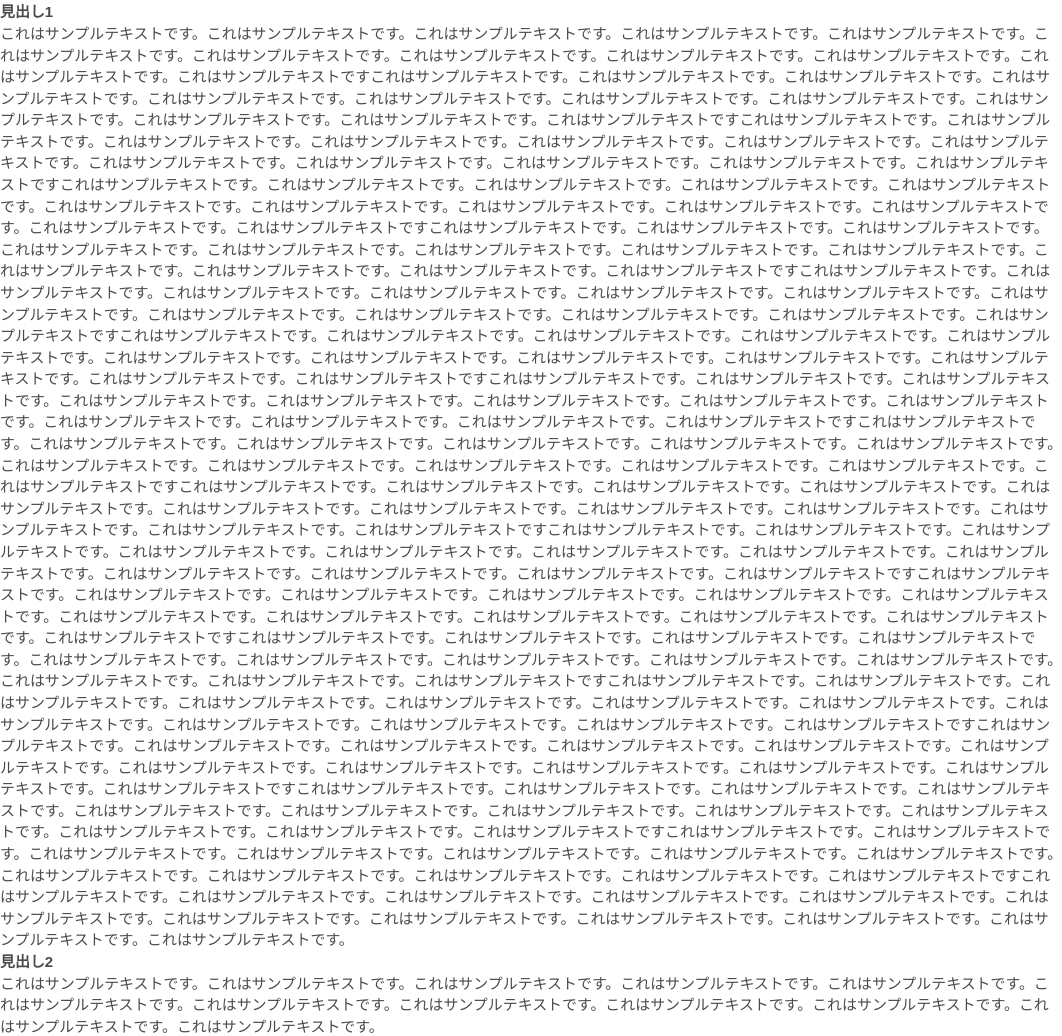
Repository: Kame0012/git_nekotter
Page: techcamp_htmlcss/html_css_question1/h_c_q_2.html
The author's editor kept a record of every edit. The page is drawn from the files as they stood at one moment, then again after the next edit.
The browser window is 1280 px wide. The pictures show the whole page, at 83% of full size.

Above is the page before.

### techcamp_htmlcss/html_css_question1/h_c_q_2.html
<!DOCTYPE html>
<html>
  <head>
    <meta charset="UTF-8" />
    <link rel="stylesheet" type="text/css" href="style2.css">
    <title>html_question</title>
  </head>
  <body>
    <header class="wrapper">
    </header>
    <div class="contents">
      <div class="top-content">
        <h2>見出し1</h2>
        <p>
          これはサンプルテキストです。これはサンプルテキストです。これはサンプルテキストです。これはサンプルテキストです。これはサンプルテキストです。これはサンプルテキストです。これはサンプルテキストです。これはサンプルテキストです。これはサンプルテキストです。これはサンプルテキストです。これはサンプルテキストです。これはサンプルテキストですこれはサンプルテキストです。これはサンプルテキストです。これはサンプルテキストです。これはサンプルテキストです。これはサンプルテキストです。これはサンプルテキストです。これはサンプルテキストです。これはサンプルテキストです。これはサンプルテキストです。これはサンプルテキストです。これはサンプルテキストです。これはサンプルテキストですこれはサンプルテキストです。これはサンプルテキストです。これはサンプルテキストです。これはサンプルテキストです。これはサンプルテキストです。これはサンプルテキストです。これはサンプルテキストです。これはサンプルテキストです。これはサンプルテキストです。これはサンプルテキストです。これはサンプルテキストです。これはサンプルテキストですこれはサンプルテキストです。これはサンプルテキストです。これはサンプルテキストです。これはサンプルテキストです。これはサンプルテキストです。これはサンプルテキストです。これはサンプルテキストです。これはサンプルテキストです。これはサンプルテキストです。これはサンプルテキストです。これはサンプルテキストです。これはサンプルテキストですこれはサンプルテキストです。これはサンプルテキストです。これはサンプルテキストです。これはサンプルテキストです。これはサンプルテキストです。これはサンプルテキストです。これはサンプルテキストです。これはサンプルテキストです。これはサンプルテキストです。これはサンプルテキストです。これはサンプルテキストです。これはサンプルテキストですこれはサンプルテキストです。これはサンプルテキストです。これはサンプルテキストです。これはサンプルテキストです。これはサンプルテキストです。これはサンプルテキストです。これはサンプルテキストです。これはサンプルテキストです。これはサンプルテキストです。これはサンプルテキストです。これはサンプルテキストです。これはサンプルテキストですこれはサンプルテキストです。これはサンプルテキストです。これはサンプルテキストです。これはサンプルテキストです。これはサンプルテキストです。これはサンプルテキストです。これはサンプルテキストです。これはサンプルテキストです。これはサンプルテキストです。これはサンプルテキストです。これはサンプルテキストです。これはサンプルテキストですこれはサンプルテキストです。これはサンプルテキストです。これはサンプルテキストです。これはサンプルテキストです。これはサンプルテキストです。これはサンプルテキストです。これはサンプルテキストです。これはサンプルテキストです。これはサンプルテキストです。これはサンプルテキストです。これはサンプルテキストです。これはサンプルテキストですこれはサンプルテキストです。これはサンプルテキストです。これはサンプルテキストです。これはサンプルテキストです。これはサンプルテキストです。これはサンプルテキストです。これはサンプルテキストです。これはサンプルテキストです。これはサンプルテキストです。これはサンプルテキストです。これはサンプルテキストです。これはサンプルテキストですこれはサンプルテキストです。これはサンプルテキストです。これはサンプルテキストです。これはサンプルテキストです。これはサンプルテキストです。これはサンプルテキストです。これはサンプルテキストです。これはサンプルテキストです。これはサンプルテキストです。これはサンプルテキストです。これはサンプルテキストです。これはサンプルテキストですこれはサンプルテキストです。これはサンプルテキストです。これはサンプルテキストです。これはサンプルテキストです。これはサンプルテキストです。これはサンプルテキストです。これはサンプルテキストです。これはサンプルテキストです。これはサンプルテキストです。これはサンプルテキストです。これはサンプルテキストです。これはサンプルテキストですこれはサンプルテキストです。これはサンプルテキストです。これはサンプルテキストです。これはサンプルテキストです。これはサンプルテキストです。これはサンプルテキストです。これはサンプルテキストです。これはサンプルテキストです。これはサンプルテキストです。これはサンプルテキストです。これはサンプルテキストです。これはサンプルテキストですこれはサンプルテキストです。これはサンプルテキストです。これはサンプルテキストです。これはサンプルテキストです。これはサンプルテキストです。これはサンプルテキストです。これはサンプルテキストです。これはサンプルテキストです。これはサンプルテキストです。これはサンプルテキストです。これはサンプルテキストです。これはサンプルテキストですこれはサンプルテキストです。これはサンプルテキストです。これはサンプルテキストです。これはサンプルテキストです。これはサンプルテキストです。これはサンプルテキストです。これはサンプルテキストです。これはサンプルテキストです。これはサンプルテキストです。これはサンプルテキストです。これはサンプルテキストです。これはサンプルテキストですこれはサンプルテキストです。これはサンプルテキストです。これはサンプルテキストです。これはサンプルテキストです。これはサンプルテキストです。これはサンプルテキストです。これはサンプルテキストです。これはサンプルテキストです。これはサンプルテキストです。これはサンプルテキストです。これはサンプルテキストです。これはサンプルテキストですこれはサンプルテキストです。これはサンプルテキストです。これはサンプルテキストです。これはサンプルテキストです。これはサンプルテキストです。これはサンプルテキストです。これはサンプルテキストです。これはサンプルテキストです。これはサンプルテキストです。これはサンプルテキストです。これはサンプルテキストです。これはサンプルテキストですこれはサンプルテキストです。これはサンプルテキストです。これはサンプルテキストです。これはサンプルテキストです。これはサンプルテキストです。これはサンプルテキストです。これはサンプルテキストです。これはサンプルテキストです。これはサンプルテキストです。これはサンプルテキストです。これはサンプルテキストです。これはサンプルテキストですこれはサンプルテキストです。これはサンプルテキストです。これはサンプルテキストです。これはサンプルテキストです。これはサンプルテキストです。これはサンプルテキストです。これはサンプルテキストです。これはサンプルテキストです。これはサンプルテキストです。これはサンプルテキストです。これはサンプルテキストです。これはサンプルテキストです。
        </p>
      </div>
      <div class="bottom-content">
        <h2>見出し2</h2>
        <p>
          これはサンプルテキストです。これはサンプルテキストです。これはサンプルテキストです。これはサンプルテキストです。これはサンプルテキストです。これはサンプルテキストです。これはサンプルテキストです。これはサンプルテキストです。これはサンプルテキストです。これはサンプルテキストです。これはサンプルテキストです。これはサンプルテキストです。
        </p>
      </div>
    </div>
    <footer class="wrapper">
    </footer>
  </body>
</html>

### techcamp_htmlcss/html_css_question1/style2.css
body, html {
  height: 100%;
  background-color: white;
}

.h1{
  font-size: 34px;
  color: #4a4a4a;
  padding-top: 15px;
  padding-bottom: 30px;
  margin-left: auto;
  margin-right: auto;
}

h2, h3, h4, h5, h6, p, body {
  font-size: 18px;
  color: #4a4a4a;
  font-family: sans-serif;
  margin: 0;
  padding: 0;
}

.mil{
  min-width: 1000px;
}

.contents1{
  width: 960px;
  height: 300px
}

After the next edit:
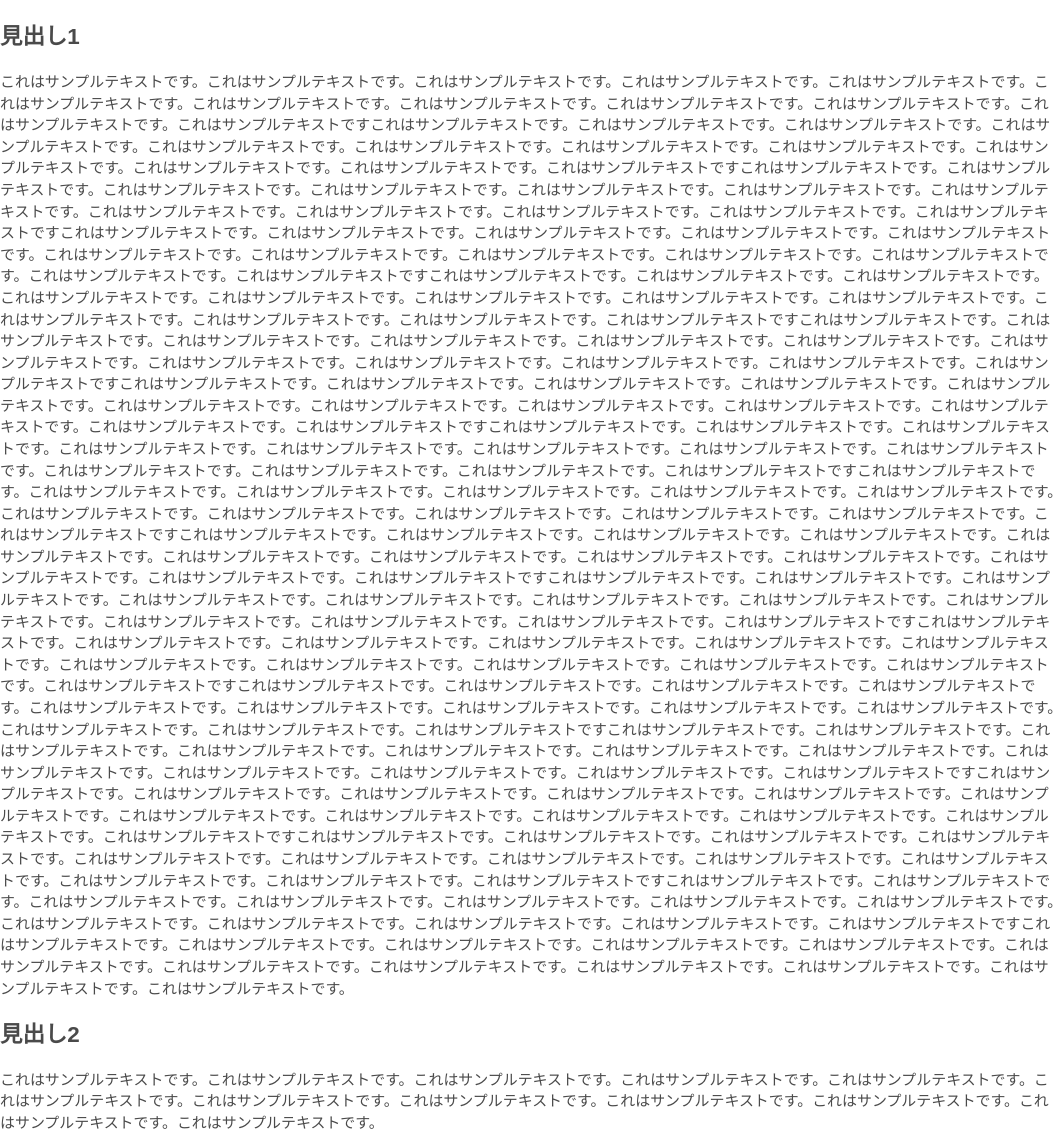
The edit:
--- a/techcamp_htmlcss/html_css_question1/style2.css
+++ b/techcamp_htmlcss/html_css_question1/style2.css
@@ -12,7 +12,7 @@
   margin-right: auto;
 }
 
-h2, h3, h4, h5, h6, p, body {
+p, body {
   font-size: 18px;
   color: #4a4a4a;
   font-family: sans-serif;
